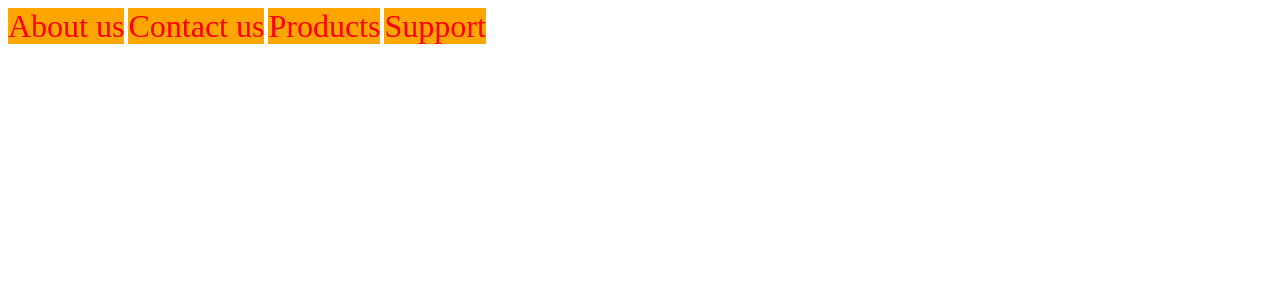
Repository: SrikanthGadde/MaGE-JavaFS
Page: Week-1/Sept1/HTML&CSS/WebContent/Test.html
The author's editor kept a copy of each file at every save. The page is drawn from the files as they stood at one save, then again after the next save.
The browser window is 1280 px wide. The pictures show the whole page.

Above is the page before, as saved 2020-09-01 07:27:01.

### Week-1/Sept1/HTML&CSS/WebContent/Test.html
<!DOCTYPE html>
<html>
<head>
<!-- <meta charset="ISO-8859-1"> -->
<title>Insert title here</title>
 <!-- Property: Value-->
<style>
	a:hover {
  background-color: yellow;
  color: blue
}
	a{
		background-color: orange;
		color: red;
		font-size: xx-large;
	}
</style>
</head>
<body>
<div style="align-items:center">
	<a>About us</a>
	<a>Contact us</a>
	<a>Products</a>
	<a>Support</a>
</div>
</body>
</html>

After the next save:
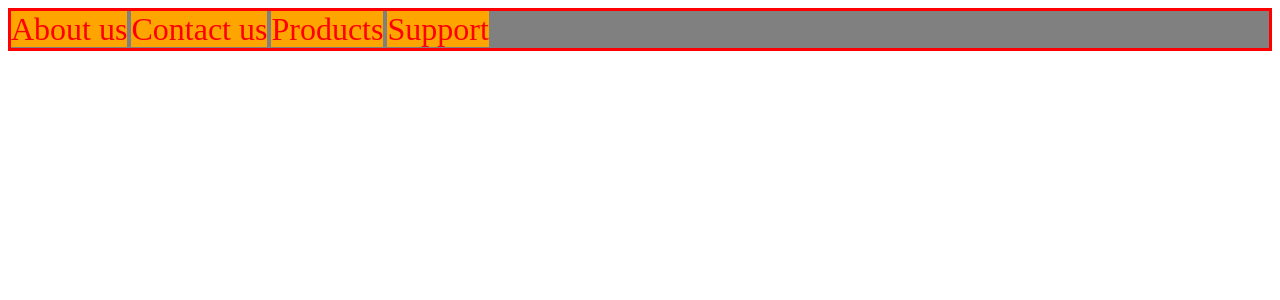
Saved 33 s later.
--- a/Week-1/Sept1/HTML&CSS/WebContent/Test.html
+++ b/Week-1/Sept1/HTML&CSS/WebContent/Test.html
@@ -14,6 +14,10 @@
 		color: red;
 		font-size: xx-large;
 	}
+	div{
+	border:solid 3px red;
+	background-color: gray
+	}
 </style>
 </head>
 <body>
